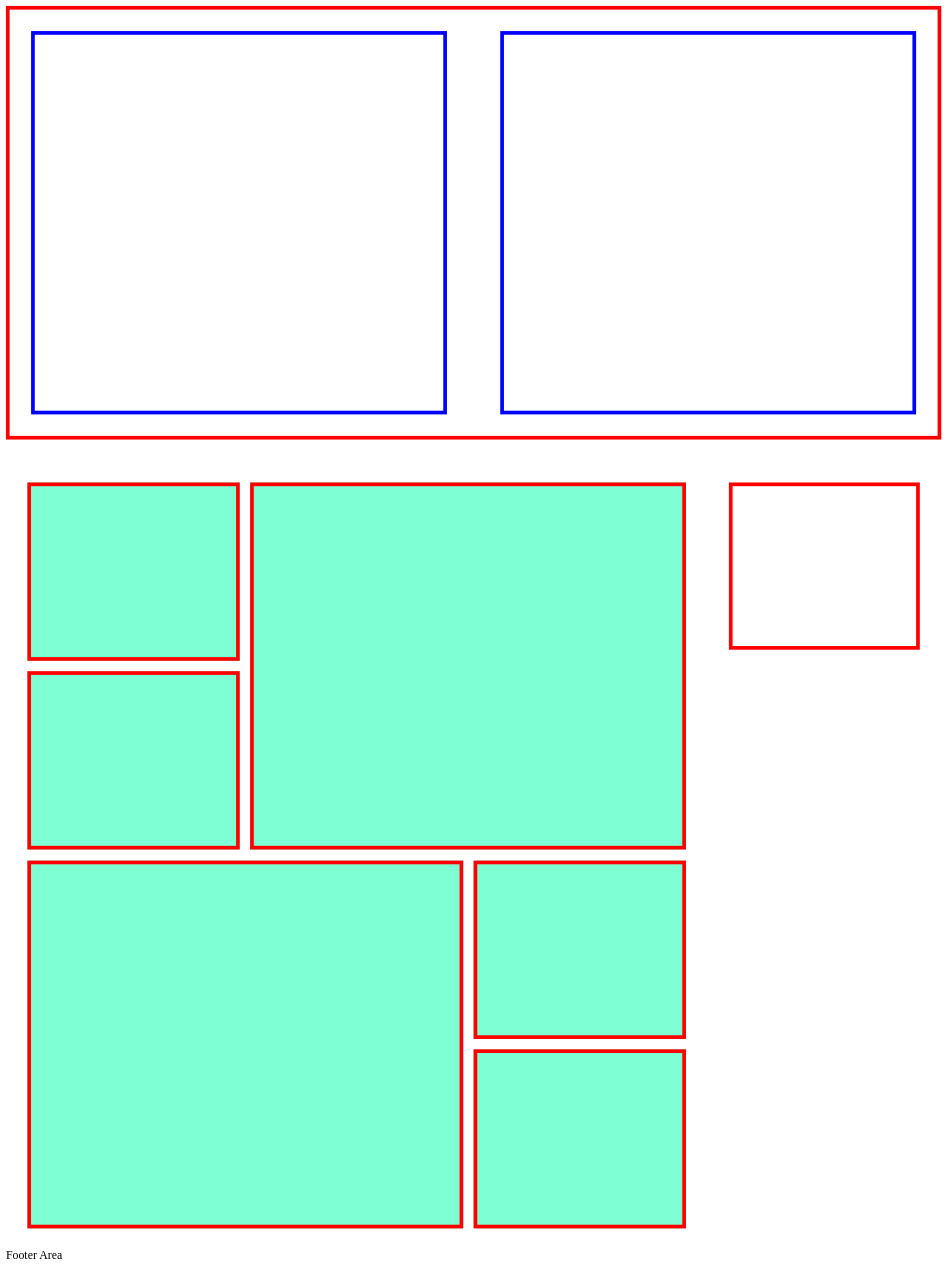
Repository: BwesewB/Brutalist-Website
Page: /
These files come from the project's save history. The page is drawn as it stood at one moment and after the next save; the edit follows.
The browser window is 1280 px wide. The pictures show the whole page, at 74% of full size.
The project was rebuilt for these pictures with package versions that can differ from the ones it lists, and the page was loaded fresh each time. The framework's server and built-in components were replaced by stand-ins that run in the browser. Also part of the build but not shown: next.config.mjs.

Above is the page before, as saved 2024-02-03 17:55:31.

After the next save:
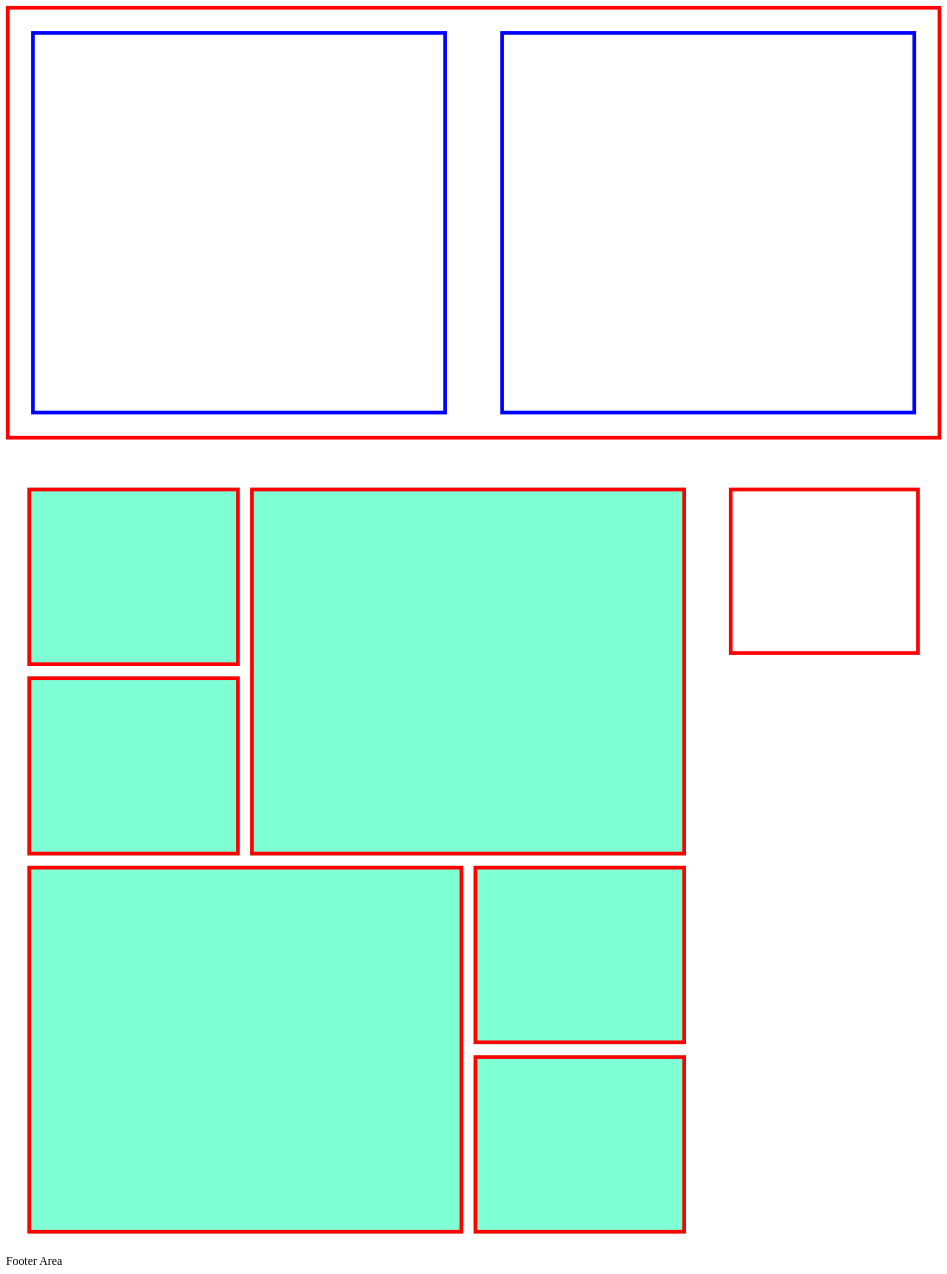
Saved 19 s later.
--- a/styles/Home.module.css
+++ b/styles/Home.module.css
@@ -1,7 +1,7 @@
 .main {
   display:grid;
   grid-template-columns: repeat(4, 1fr);
-  gap:4vh;
+  gap:5vh;
   box-sizing: border-box;
 }
 

After the save that followed:
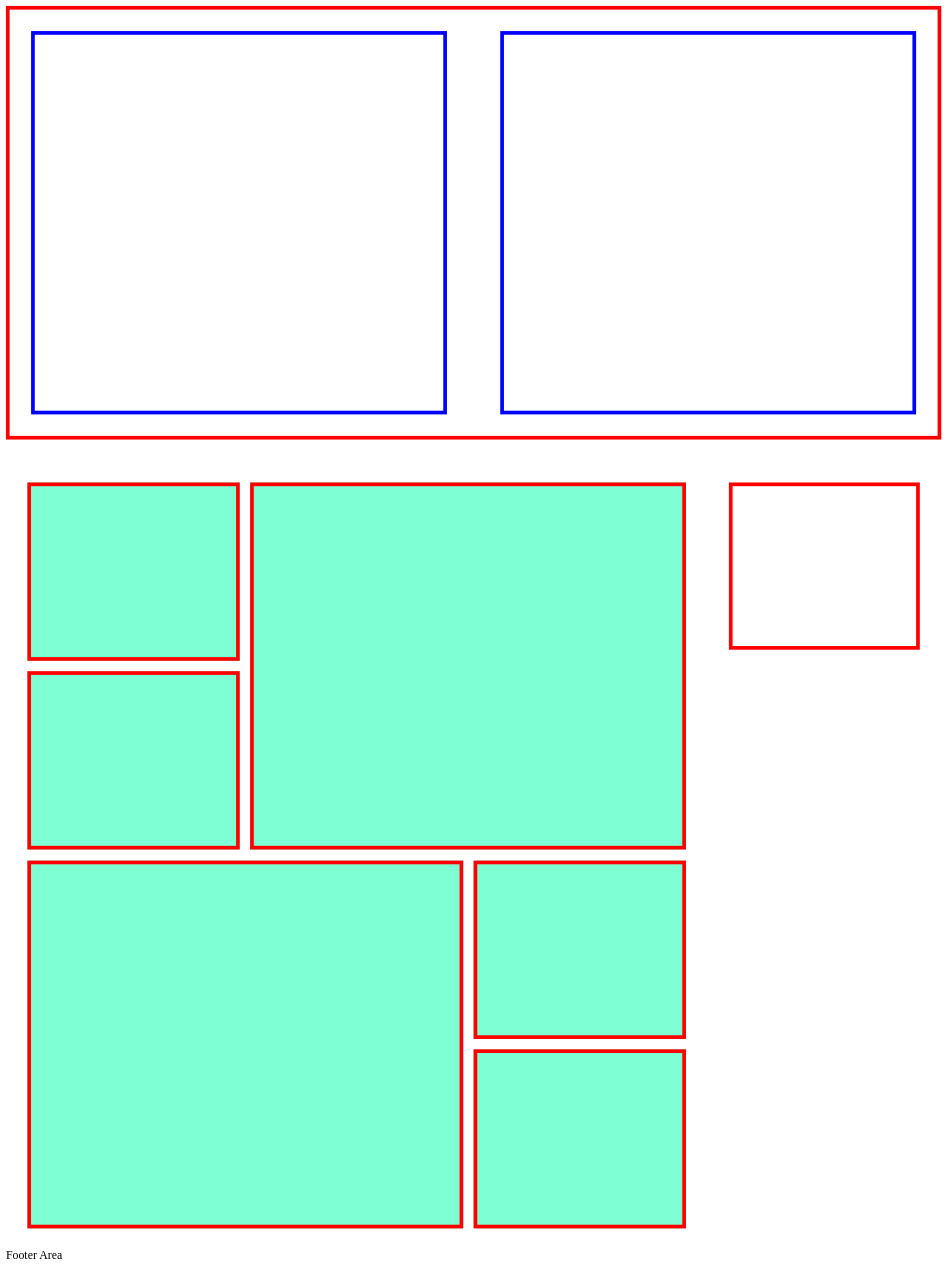
Saved 4 s later.
--- a/styles/Home.module.css
+++ b/styles/Home.module.css
@@ -1,7 +1,7 @@
 .main {
   display:grid;
   grid-template-columns: repeat(4, 1fr);
-  gap:5vh;
+  gap:4vh;
   box-sizing: border-box;
 }
 
